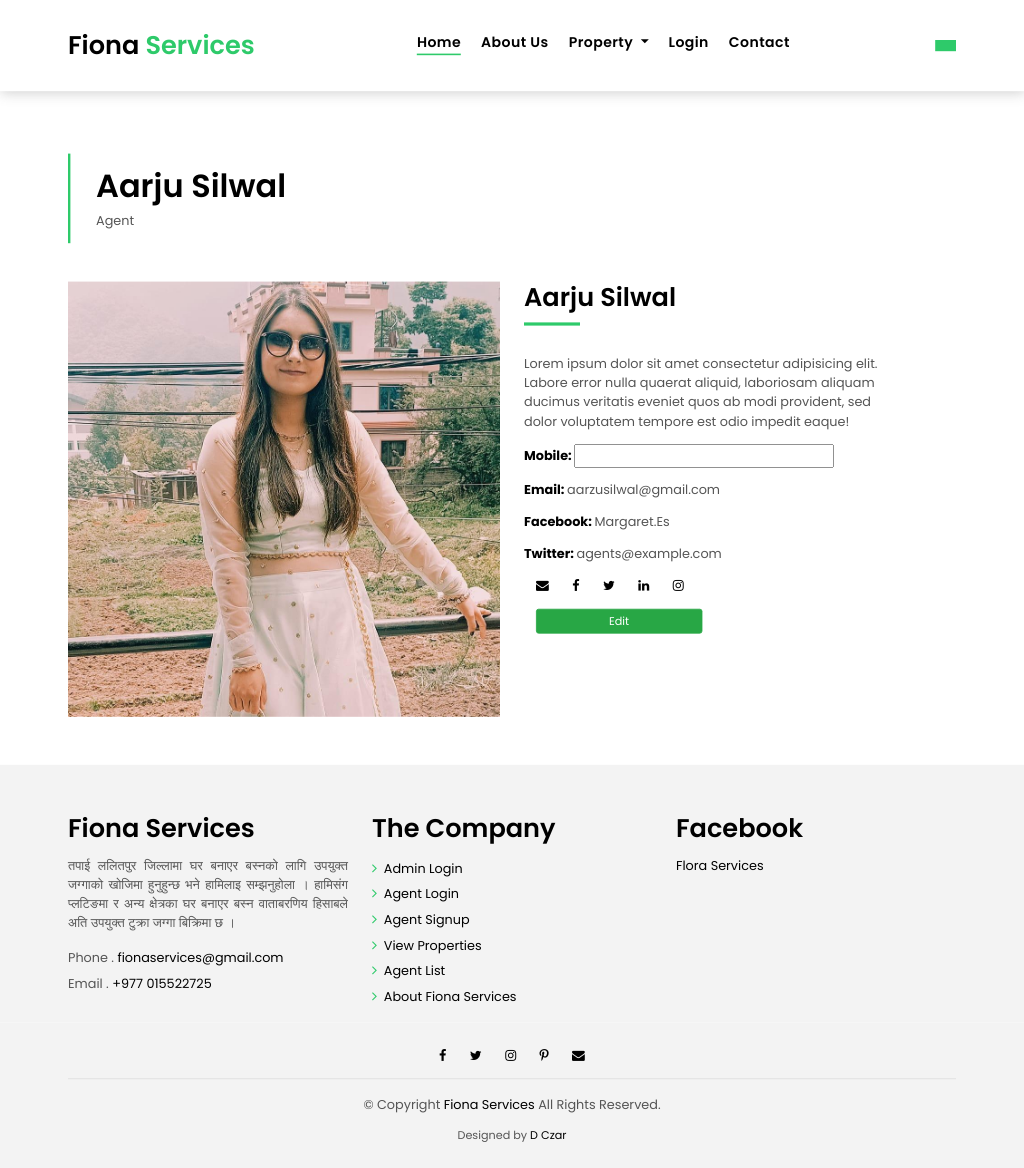
Repository: Sjuicyy/realstate
Page: profile.html
The author's editor kept a copy of each file at every save. The page is drawn from the files as they stood at one save, then again after the next save.
The browser window is 1280 px wide. The pictures show the whole page, at 80% of full size.

Above is the page before, as saved 2022-10-16 14:52:43.

After the next save:
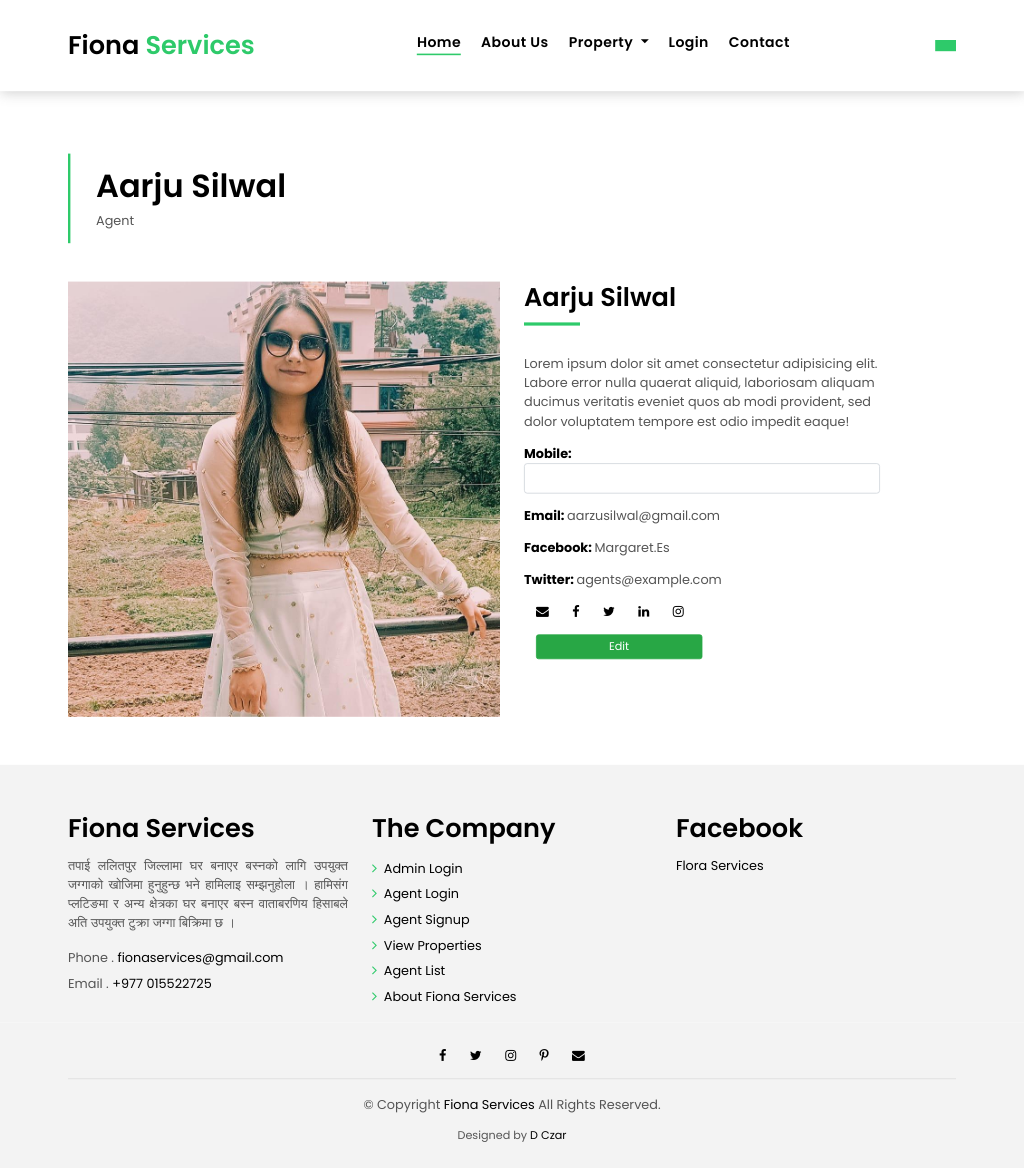
Saved 5 s later.
--- a/profile.html
+++ b/profile.html
@@ -222,7 +222,7 @@
                                     </p>
                                     <div class="info-agents color-a">
                                         <strong>Mobile: </strong>
-                                        <input class="from-control" type="text">
+                                        <input class="form-control" type="text">
                                         </p>
                                         <p>
                                             <strong>Email: </strong>
